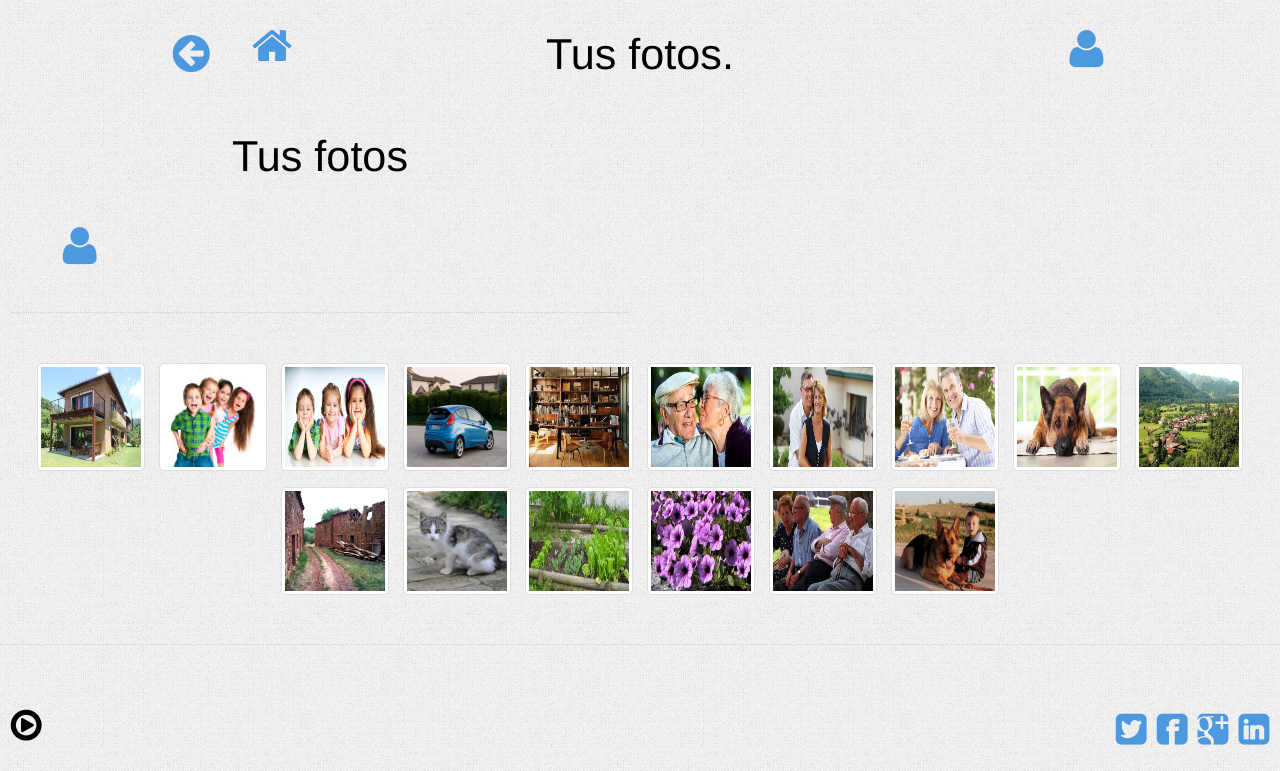
Repository: SCeruso/RememberMe
Page: presentacion_imagenes.html
The author's editor kept a record of every edit. The page is drawn from the files as they stood at one moment, then again after the next edit.
The browser window is 1280 px wide. The pictures show the whole page.
Some web libraries are served in a nearby version.

Above is the page before.

### presentacion_imagenes.html
<!DOCTYPE html>
<html>
<head>
	<!-- META -->
	<title>HTML KickStart Elements</title>
	<meta charset="UTF-8">
	<meta name="viewport" content="width=device-width, initial-scale=1.0"/>
	<meta name="description" content="" />

	<!-- CSS -->
	<link rel="stylesheet" type="text/css" href="css/kickstart.css" media="all" />
	<link rel="stylesheet" type="text/css" href="style.css" media="all" />

	<!-- Javascript -->
	<script type="text/javascript" src="https://ajax.googleapis.com/ajax/libs/jquery/1.9.1/jquery.min.js"></script>
	<script type="text/javascript" src="js/kickstart.js"></script>

</head>
<body>
<div class="grid">
	<div class="col_12">
		<div class="col_1">
        <h2 class="left">
               <a href="tusimagenes.html">
                  <i class="icon-circle-arrow-left"></i>
                </a>
        </h2>
        </div>
        <div class="col_2">
        <h2 class="left">
                <a href="juegosde.html">
                    <i class="icon-home pull-left"></i>
                </a>
        </div>
        </h2>
        <div class="col_6">
        <h2 class="center">
               <p>Tus fotos.</p>
        </h2></div>
        <h2>
        		<a href = "perfil.html">
               <i class="icon-user icon-border pull-right" title="Mi perfil"></i>
		</a>
		</h2>
		<br>
    </div>


	            </a>
        </h2></div>
		<div class="col_6">
            <h2 class="center">
        	        <p>Tus fotos</p>
        	</h2>
        <div class="col_2">
        <h2>
      	<a href = "perfil.html">
        	<i class="icon-user icon-border pull-right"></i>
		</a>
		</h2></div>
		<hr/>
	</div>

	<div class="col_12">
      <div class="gallery center">

		<a href="Galeria/micasa.jpg"><img src="Galeria/micasa.jpg" width="100" height="100" /></a>
		<a href="Galeria/nietos1.jpg"><img src="Galeria/nietos1.jpg" width="100" height="100" /></a>
		<a href="Galeria/nietos2.jpg"><img src="Galeria/nietos2.jpg" width="100" height="100" /></a>
		<a href="Galeria/micoche.jpg"><img src="Galeria/micoche.jpg" width="100" height="100" /></a>
		<a href="Galeria/oficina.jpg"><img src="Galeria/oficina.jpg" width="100" height="100" /></a>
		<a href="Galeria/pareja.jpg"><img src="Galeria/pareja.jpg" width="100" height="100" /></a>
		<a href="Galeria/descarga.jpg"><img src="Galeria/descarga.jpg" width="100" height="100" /></a>
		<a href="Galeria/sonrisa.jpg"><img src="Galeria/sonrisa.jpg" width="100" height="100" /></a>
		<a href="Galeria/perro.jpg"><img src="Galeria/perro.jpg" width="100" height="100" /></a>
		<a href="Galeria/pueblo.jpg"><img src="Galeria/pueblo.jpg" width="100" height="100" /></a>
		<a href="Galeria/pueblo2.jpg"><img src="Galeria/pueblo2.jpg" width="100" height="100" /></a>
		<a href="Galeria/gato.jpg"><img src="Galeria/gato.jpg" width="100" height="100" /></a>
		<a href="Galeria/huerta.jpg"><img src="Galeria/huerta.jpg" width="100" height="100" /></a>
		<a href="Galeria/floreslilas.jpg"><img src="Galeria/floreslilas.jpg" width="100" height="100" /></a>
		<a href="Galeria/ancianos1.jpg"><img src="Galeria/ancianos1.jpg" width="100" height="100" /></a>
		<a href="Galeria/perro2.jpg"><img src="Galeria/perro2.jpg" width="100" height="100" /></a>
		</div>

	</div>

    <hr />
    <div class="col_12">
    </div>
    <div class="col_12">
        <h3 class="right">
            <a href = "http://www.twitter.com" target = "blank"><i class="icon-twitter-sign"></i></a>
            <a href = "http://www.facebook.com" target = "blank"><i class="icon-facebook-sign"></i></a>
            <a href = "http://www.google.com" target = "blank"><i class="icon-google-plus-sign"></i></a>
            <a href = "http://www.linkedin.com" target = "blank"><i class="icon-linkedin-sign"></i></a>

	    <i class=" icon-play-circle pull-left"></i>
        </h3>
    </div>
</div> <!-- End Grid -->
</body>
</html>

### style.css
/*
	99Lime.com HTML KickStart by Joshua Gatcke
	style.css

*/

/*---------------------------------
	IMPORTS
-----------------------------------*/
@import url(http://fonts.googleapis.com/css?family=Arimo:400,700);

/*---------------------------------
	OVERRIDES
-----------------------------------*/
h1,h2,h3,h4,h5,h6{
font-family: "Arimo", arial, verdana, sans-serif;
font-weight:normal;
}

thead th,
tbody th{
font-family: "Arimo", arial, verdana, sans-serif;
}

button,
a.btn,
input[type="submit"],
input[type="reset"],
input[type="button"]{
font-family: "Arimo", arial, verdana, sans-serif;
}

.menu{
font-family: "Arimo", arial, verdana, sans-serif;
}

blockquote{
font-family: "Arimo", arial, verdana, sans-serif;
}

/*---------------------------------
	LAYOUT
-----------------------------------*/
body{
margin:0;
padding:0 0 0 0;
color:#000;
/*background-repeat:repeat;*/
background:#efefef url(css/img/gray_jean.png);
/*background-size:cover;*/
/*background-image:url(css/img/gray_jean.png);*/
font:normal 0.9em/150% 'Arimo', arial, verdana, sans-serif;
text-shadow: 0 0 1px transparent; /* google font pixelation fix */
}

#wrap{
width:100%;
background:#fff;
margin:30px auto 30px auto;
padding:0 2%;
border:1px solid #ccc;
}


#footer{
text-align:center;
padding:20px;
margin:0;
border-top:1px solid #ddd;
color:#999;
font-size:0.8em;
text-shadow:0px 1px 1px #fff;
position: relative;
top:0;
left:0;
background:#fff;
}

	#link-top{
	display:none;
	}

/* NAV BAR*/
.navbar{
position:fixed;
top:0;
left:0;
width: 100%;
background:#000;
color:#fff;
z-index:1000;
}

	.navbar #logo{
	position:absolute;
	top:0;
	right:0;
	padding:0.5em 1em;
	font-size: 1.7em;
	color:#efefef;
	text-decoration:none;
	}

	.navbar span{
	color:#86dc00;
	}


	.navbar ul{
	display:inline-block;
	margin:0;
	padding:0;
	}

		.navbar li{
		margin:0;
		padding:0;
		list-style-type:0;
		display:inline-block;
		}

		.navbar li a{
		display:inline-block;
		color:#efefef;
		padding:1em 1.3em;
		text-decoration:none;
		text-transform: uppercase;
		line-height:100%;
		font-size: 1.2em;
		}

.callout{
background:#4598ef;/*#86dc00;*/
padding:3em 0;
color:#fff;
box-shadow:inset 0 0 10px rgba(0,0,0,0.2);
text-align: center;
text-shadow:0px 1px 3px rgba(0,0,0,0.2);
display:block;
}
	.callout + div.grid{margin-top:50px;}
	 a.callout{cursor:pointer;}
	 .callout i.icon-4x{font-size:6em;}
	 .callout h4{margin-bottom:30px;}
	 .callout-top{margin:50px 0 0 0;}
	 .callout p{margin-bottom:0;}
	 .callout .button{margin-top:10px;}
	 .callout.green{background:#19ad0b;/*#86dc00;*/}

#mc_embed_signup{
padding:30px 0;
}

#ui-preview{
border:5px solid #ddd;
margin:30px 0;
display:block;
}

### css/kickstart-forms.css
/*---------------------------------
	FORMS
-----------------------------------*/
form{
padding:0;
margin:0;
}

fieldset{
margin:30px 0 20px 0;
padding:5px 15px 15px 15px;
border:1px solid #ccc;
background:#f5f5f5;
-moz-border-radius:5px;
-webkit-border-radius:5px;
border-radius:5px;
position: relative;
top:0;
left:0;
}

	legend{
	-moz-border-radius:5px;
	-webkit-border-radius:5px;
	border-radius:5px;
	border:1px solid #ccc;
	background:#f5f5f5;
	padding:2px 10px;
	margin:0 0 0 0;
	display:block;
	position: relative;
	top:0;
	left:0;
	}

	/*IE ONLY - I know, this is a stop gap*/
	.msie fieldset{padding-top:25px;}
	.msie legend{position:absolute;top:-0.7em;left:10px;}

label{
display:inline-block;
*display:inline;
vertical-align: middle;
margin:0;
padding:0;
position:relative;
top:0;
left:0;
zoom:1;
-moz-box-sizing: border-box;
-webkit-box-sizing: border-box;
box-sizing: border-box;
}

	label.inline{
	display:inline;
	margin:0;
	}

	label span{
	color:#999;
	font-size:0.9em;
	}

	label span.right{
	position:absolute;
	bottom:0;
	right:0;
	text-align:right;
	display:inline-block;
	*display:inline;
	}

	label.disabled{
	color:#ccc;
	}

input{
display:inline-block;
*display:inline;
vertical-align: middle;
width:auto;
zoom:1;
margin:0;
border:1px solid #ccc;
font-size:1em;
padding:5px 0;
text-indent: 5px;
-moz-border-radius:5px;
-webkit-border-radius:5px;
border-radius:5px;
background:#fff;
-moz-box-shadow:inset 0 0 6px #ccc;
-webkit-box-shadow:inset 0 1px 6px #ccc;
box-shadow:inset 0 1px 6px #ccc;
-moz-box-sizing: border-box;
-webkit-box-sizing: border-box;
box-sizing: border-box;
}

	input::-webkit-input-placeholder,
	input:-moz-placeholder,
	.placeholder{
	color:#bbb;
	}

	input::-moz-focus-inner {border:0;}

	input[disabled="disabled"], input.disabled{
	color:#999;
	background:#f5f5f5;
	-moz-box-shadow:inset 0 0 2px #ddd;
	-webkit-box-shadow:inset 0 1px 2px #ddd;
	box-shadow:inset 0 1px 2px #ddd;
	}

	/* FOCUS STATES */
	input[type="text"]:focus,
	textarea:focus,
	button:focus,
	a.button:focus,
	select:focus,
	input[type="file"]:focus,
	input[type="password"]:focus{
	-webkit-box-shadow: 0 0 7px #6DB9FF;
	-moz-box-shadow   : 0 0 7px #6DB9FF;
	box-shadow        : 0 0 7px #6DB9FF;
	border: 1px solid #50B1FE;
	outline: none;
	}

	/* TRANSITION */
	input[type="text"],
	textarea,
	button,
	a.button,
	a,
	input[type="file"]{
	-moz-transition: -moz-box-shadow 0.5s, border 0.5s, background 0.5s;
	-webkit-transition: -webkit-box-shadow 0.5s, border 0.5s, background 0.5s;
	-o-transition:  box-shadow 0.5s, border 0.5s, background 0.5s;
	transition: box-shadow 0.5s, border 0.5s, background 0.5s;
	}

input.checkbox,
input[type="checkbox"]{
display:inline;
width:auto;
margin:0;
padding:0;
border:0;
background:none;
vertical-align:center;
*vertical-align: top;
}

input.radio,
input[type="radio"]{
display:inline;
width:auto;
margin:0;
padding:0;
border:0;
background:none;
vertical-align:center;
*vertical-align: top;
}

	input[type="radio"]:focus,
	input[ type="checkbox"]:focus{
	-webkit-box-shadow: 0 0 5px #6DB9FF;
	-moz-box-shadow   : 0 0 5px #6DB9FF;
	box-shadow        : 0 0 5px #6DB9FF;
	outline-color: #6DB9FF;
	}

input.file,
input[type="file"]{
/*font-size:0.8em;*/
-moz-box-shadow:none;
-webkit-box-shadow:none;
box-shadow:none;
border:none;
}

select{
display:inline;
width:auto;
margin:0;
border:1px solid #ccc;
line-height:100%;
padding:3px;
vertical-align: middle;
}

        select[disabled="disabled"], select.disabled{
        color:#999;
        background:#f5f5f5;
        -moz-box-shadow:inset 0 0 2px #ddd;
        -webkit-box-shadow:inset 0 1px 2px #ddd;
        box-shadow:inset 0 1px 2px #ddd;
        }

textarea{
width:auto;
height:200px;
margin:0;
border:1px solid #ccc;
padding:5px;
vertical-align: middle;
font-family:inherit;
font-size:0.9em;
-moz-border-radius:5px;
-webkit-border-radius:5px;
border-radius:5px;
-moz-box-shadow:inset 0 0 6px #ccc;
-webkit-box-shadow:inset 0 1px 6px #ccc;
box-shadow:inset 0 1px 6px #ccc;
-moz-box-sizing: border-box;
-webkit-box-sizing: border-box;
box-sizing: border-box;
}

/*---------------------------------
	COLUMN SIZES
-----------------------------------*/

/* sizes */
input[class*="col_"],
select[class*="col_"],
label[class*="col_"]{
float:none;display:inline-block;*display:inline;margin-bottom:0;
*margin-left: 0.5%;*margin-right: 0.5%;/* this is for IE 7 Only and is not a good fix - work needed here */
}

/*---------------------------------
	FORMS VERTICAL
-----------------------------------*/
form.vertical{

}

	form.vertical label{display:block;}
	form.vertical input,
	form.vertical select,
	form.vertical textarea{width:100%;display:block;margin-bottom:10px;}
	form.vertical .chzn-container{display:block;margin-bottom:10px;}
	form.vertical .chzn-choices{display:block;margin-bottom:10px;}

	/* radios & checks */
	form.vertical input.checkbox,
	form.vertical input[type="checkbox"],
	form.vertical input.radio,
	form.vertical input[type="radio"],
	form.vertical label.inline{display:inline;width:auto;margin:0;}
/*---------------------------------
	FORM VALIDATION
-----------------------------------*/
label.error{color:red;}
input.error{border:1px solid red;}
select.error{border:1px solid red;}

/*---------------------------------
	NOTICES
-----------------------------------*/
.notice{
border:1px solid gold;
background:lightyellow;
padding:10px 20px 10px 40px;
margin:10px 0;
-moz-border-radius:5px;
-webkit-border-radius:5px;
border-radius:5px;
color:#DEAE00;
line-height:120%;
vertical-align: center;
text-shadow:0px 1px rgba(255,255,255,0.5);
position:relative;
top:0;
left:0;
clear:both;
}

	.notice.warning{}/*default*/
	.notice.error{border:1px solid red;background:pink;color:red;}
	.notice.success{border:1px solid green;background:lightgreen;color:green;}
	.notice i[class^='icon-']{position:absolute;top:50%;left:0.8em;margin-top:-0.6em;}
	.notice a[class^='icon-remove'],
	.notice a[class^='icon-remove']:active,
	.notice a[class^='icon-remove']:visited{font-size:12px;position:absolute;top:5px;right:5px;left:auto;color:inherit;margin-top:0;left:auto;}

### css/kickstart-grid.css
/*
	99Lime.com HTML KickStart by Joshua Gatcke
	kickstart-grids.css

	DO NOT EDIT THIS FILE unless you know what you are doing.
*/
/*---------------------------------
	GRID/COLUMNS
-----------------------------------
	tinyfluidgrid.com
	& girlfriendnyc.com
	with changes by 99Lime
-----------------------------------*/
 /*
 & Columns : 12
 & Gutter %: 20%
 & MaxWidth: 1280px
 */

.grid{
max-width:1220px;
margin:0 auto;
padding:0 2em;
}

.grid.flex{
width:100%;
max-width:100%;
padding:0 2%;
padding:2em;
}

.row{
display:block;
overflow:hidden;
clear:both;
}

*[class*="col_"].alpha{margin-left:0;}
*[class*="col_"].omega{margin-right:0;}

.col_1  { width: 6.6666666666667%; }
.col_2  { width: 15%; }
.col_3  { width: 23.333333333333%; }
.col_4  { width: 31.666666666667%; }
.col_5  { width: 40%; }
.col_6  { width: 48.333333333333%; }
.col_7  { width: 56.666666666667%; }
.col_8  { width: 65%; }
.col_9  { width: 73.333333333333%; }
.col_10 { width: 81.666666666667%; }
.col_11 { width: 90%; }
.col_12 { width: 98.333333333333%; }

*[class*="col_"]{
margin-left: 0.83333333333333%;
margin-right: 0.83333333333333%;
margin-top:0.5em;
margin-bottom:0.5em;
float: left;
display: block;
}

.grid img{
max-width: 100%;
height:auto;
}

.clear{clear:both;display:block;overflow:hidden;visibility:hidden;width:0;height:0}
.clearfix:after{clear:both;content:' ';display:block;font-size:0;line-height:0;visibility:hidden;width:0;height:0}
* html .clearfix, *:first-child+html .clearfix{zoom:1}

/* Viewable Grids
	To view your grids, add the class .visible to any grid container.
	This will add a background color so you can see the layout of your grids.
*/
*[class*="col_"].visible{
background:#eee;
border:1px dotted #ccc;
}


/*---------------------------------
	Responsive Grid Media Queries - 1280, 1024, 768, 480
	1280-1024 	- desktop (default grid)
	1024-768 	- tablet landscape
	768-480 	- tablet
	480-less 	- phone landscape & smaller
-----------------------------------*/
@media all and (min-width: 1024px) and (max-width: 1280px) {

	.grid *[class*="col_"]{}
	.grid{max-width: 1024px;}
	.show-desktop	{display:block;}
	.hide-desktop	{display:none;}
	.show-tablet	{display:none;}
	.hide-tablet	{display:block;}
	.show-phone		{display:none;}
	.hide-phone		{display:block;}

}

@media all and (min-width: 768px) and (max-width: 1024px) {

	.grid *[class*="col_"]{}
	.grid{max-width: 768px;}
	.show-desktop	{display:none;}
	.hide-desktop	{display:block;}
	.show-tablet	{display:block;}
	.hide-tablet	{display:none;}
	.show-phone		{display:none;}
	.hide-phone		{display:block;}

}


@media all and (min-width: 480px) and (max-width: 768px) {

	.grid *[class*="col_"]{
	float:none;
	width:auto;
	clear:both;
	display:block;
	}

	/* columns inside of columns */
	.grid *[class*="col_"] [class*="col_"]{
	margin-left:0;
	margin-right:0;
	width:100%;
	}

	.grid{max-width: 480px;}
	.show-desktop	{display:none;}
	.hide-desktop	{display:block;}
	.show-tablet	{display:block;}
	.hide-tablet	{display:none;}
	.show-phone		{display:none;}
	.hide-phone		{display:block;}

}

@media all and (max-width: 480px) {

	.grid *[class*="col_"]{
	float:none;
	width:auto;
	clear:both;
	display:block;
	}

	/* columns inside of columns */
	.grid *[class*="col_"] [class*="col_"]{
	margin-left:0;
	margin-right:0;
	width:100%;
	}

	.grid{max-width: 100%;/*320*/}
	.show-desktop	{display:none;}
	.hide-desktop	{display:block;}
	.show-tablet	{display:none;}
	.hide-tablet	{display:block;}
	.show-phone		{display:block;}
	.hide-phone		{display:none;}

}

### css/kickstart-slideshow.css
/*---------------------------------
	SLIDESHOW2 - Slight Fixes for the slideshow layout *needs work
-----------------------------------*/

	.slideshow{
	clear:both;
	margin:0;
	padding:0;
	width:auto;
	height:auto;
	overflow:hidden;
	}

		.slideshow li{
		list-style-type:none;
		margin:0;
		padding:0;
		float:left;
		display:block;
		}

/**
 * BxSlider v4.0 - Fully loaded, responsive content slider
 * http://bxslider.com
 *
 * Written by: Steven Wanderski, 2012
 * http://stevenwanderski.com
 * (while drinking Belgian ales and listening to jazz)
 *
 * CEO and founder of bxCreative, LTD
 * http://bxcreative.com
 */


/** RESET AND LAYOUT
===================================*/
.bx-wrapper, .bx-wrapper *{
	-webkit-box-sizing: content-box; /* Safari/Chrome, other WebKit */
  	-moz-box-sizing: content-box;    /* Firefox, other Gecko */
  	box-sizing: content-box;         /* Opera/IE 8+ */
}

.bx-wrapper {
	position: relative;
	margin: 0 0 60px;
	padding: 0;
	*zoom: 1;
}

.bx-wrapper img {
	width: 100%;
	display: block;
}

/** THEME
===================================*/

.bx-wrapper .bx-viewport {
	-moz-box-shadow: 0 0 5px #ccc;
	-webkit-box-shadow: 0 0 5px #ccc;
	box-shadow: 0 0 5px #ccc;
	border: solid #fff 5px;
	left: 0;
	background: #fff;
}

.bx-wrapper .bx-pager,
.bx-wrapper .bx-controls-auto {
	position: absolute;
	bottom: -30px;
	width: 100%;
}

/* LOADER */

.bx-wrapper .bx-loading {
	min-height: 50px;
	background: url(img/bx_loader.gif) center center no-repeat #fff;
	height: 100%;
	width: 100%;
	position: absolute;
	top: 0;
	left: 0;
	z-index: 2000;
}

/* PAGER */

.bx-wrapper .bx-pager {
	text-align: center;
	font-size: .85em;
	font-family: Arial;
	font-weight: bold;
	color: #666;
	padding-top: 20px;
}

.bx-wrapper .bx-pager .bx-pager-item,
.bx-wrapper .bx-controls-auto .bx-controls-auto-item {
	display: inline-block;
	*zoom: 1;
	*display: inline;
}

.bx-wrapper .bx-pager.bx-default-pager a {
	background: #666;
	text-indent: -9999px;
	display: block;
	width: 10px;
	height: 10px;
	margin: 0 5px;
	outline: 0;
	-moz-border-radius: 5px;
	-webkit-border-radius: 5px;
	border-radius: 5px;
}

.bx-wrapper .bx-pager.bx-default-pager a:hover,
.bx-wrapper .bx-pager.bx-default-pager a.active {
	background: #000;
}

/* DIRECTION CONTROLS (NEXT / PREV) */

.bx-wrapper .bx-prev {
	left: 10px;
	background: url(img/controls.png) no-repeat 0 -32px;
}

.bx-wrapper .bx-next {
	right: 10px;
	background: url(img/controls.png) no-repeat -43px -32px;
}

.bx-wrapper .bx-prev:hover {
	background-position: 0 0;
}

.bx-wrapper .bx-next:hover {
	background-position: -43px 0;
}

.bx-wrapper .bx-controls-direction a {
	position: absolute;
	top: 50%;
	margin-top: -16px;
	outline: 0;
	width: 32px;
	height: 32px;
	text-indent: -9999px;
	z-index: 9999;
}

.bx-wrapper .bx-controls-direction a.disabled {
	display: none;
}

/* AUTO CONTROLS (START / STOP) */

.bx-wrapper .bx-controls-auto {
	text-align: center;
}

.bx-wrapper .bx-controls-auto .bx-start {
	display: block;
	text-indent: -9999px;
	width: 10px;
	height: 11px;
	outline: 0;
	background: url(img/controls.png) -86px -11px no-repeat;
	margin: 0 3px;
}

.bx-wrapper .bx-controls-auto .bx-start:hover,
.bx-wrapper .bx-controls-auto .bx-start.active {
	background-position: -86px 0;
}

.bx-wrapper .bx-controls-auto .bx-stop {
	display: block;
	text-indent: -9999px;
	width: 9px;
	height: 11px;
	outline: 0;
	background: url(img/controls.png) -86px -44px no-repeat;
	margin: 0 3px;
}

.bx-wrapper .bx-controls-auto .bx-stop:hover,
.bx-wrapper .bx-controls-auto .bx-stop.active {
	background-position: -86px -33px;
}

/* PAGER WITH AUTO-CONTROLS HYBRID LAYOUT */

.bx-wrapper .bx-controls.bx-has-controls-auto.bx-has-pager .bx-pager {
	text-align: left;
	width: 80%;
}

.bx-wrapper .bx-controls.bx-has-controls-auto.bx-has-pager .bx-controls-auto {
	right: 0;
	width: 35px;
}

/* IMAGE CAPTIONS */

.bx-wrapper .bx-caption {
	position: absolute;
	bottom: 0;
	left: 0;
	background: #666\9;
	background: rgba(80, 80, 80, 0.75);
	width: 100%;
}

.bx-wrapper .bx-caption span {
	color: #fff;
	font-family: Arial;
	display: block;
	font-size: .85em;
	padding: 10px;
}

### css/tiptip.css
/*
	TipTip CSS - Version 1.2
	http://code.drewwilson.com/entry/tiptip-jquery-plugin
*/

#tiptip_holder { display: none; position: absolute; top: 0; left: 0; z-index: 99999; }
#tiptip_holder.tip_top { padding-bottom: 5px; }
#tiptip_holder.tip_bottom { padding-top: 5px; }
#tiptip_holder.tip_right { padding-left: 5px; }
#tiptip_holder.tip_left { padding-right: 5px; }

#tiptip_content {
font-size: 11px;
color: #fff;
text-shadow: 0 0 2px #000;
padding: 4px 8px;
border: 1px solid rgba(255,255,255,0.25);
background:#212121;
background-color: rgba(25,25,25,0.92);
background-image: -webkit-gradient(linear, 0% 0%, 0% 100%, from(transparent), to(#000));
-webkit-border-radius: 3px;
-moz-border-radius: 3px;
border-radius: 3px;
-webkit-box-shadow: 0 0 3px #555;
-moz-box-shadow: 0 0 3px #555;
box-shadow: 0 0 3px #555;
*background:#212121;
}

#tiptip_arrow, #tiptip_arrow_inner {
position: absolute;
border-color: transparent;
border-style: solid;
border-width: 6px;
height: 0;
width: 0;
}

#tiptip_holder.tip_top #tiptip_arrow {
border-top-color: #fff;
border-top-color: rgba(255,255,255,0.35);
}

#tiptip_holder.tip_bottom #tiptip_arrow {
border-bottom-color: #fff;
border-bottom-color: rgba(255,255,255,0.35);
}

#tiptip_holder.tip_right #tiptip_arrow {
border-right-color: #fff;
border-right-color: rgba(255,255,255,0.35);
}

#tiptip_holder.tip_left #tiptip_arrow {
border-left-color: #fff;
border-left-color: rgba(255,255,255,0.35);
}

#tiptip_holder.tip_top #tiptip_arrow_inner {
margin-top: -7px;
margin-left: -6px;
border-top-color: rgb(25,25,25);
border-top-color: rgba(25,25,25,0.92);
}

#tiptip_holder.tip_bottom #tiptip_arrow_inner {
margin-top: -5px;
margin-left: -6px;
border-bottom-color: rgb(25,25,25);
border-bottom-color: rgba(25,25,25,0.92);
}

#tiptip_holder.tip_right #tiptip_arrow_inner {
margin-top: -6px;
margin-left: -5px;
border-right-color: rgb(25,25,25);
border-right-color: rgba(25,25,25,0.92);
}

#tiptip_holder.tip_left #tiptip_arrow_inner {
margin-top: -6px;
margin-left: -7px;
border-left-color: rgb(25,25,25);
border-left-color: rgba(25,25,25,0.92);
}

/* Webkit Hacks  */
@media screen and (-webkit-min-device-pixel-ratio:0) {
	#tiptip_content {
		padding: 4px 8px 5px 8px;
		background-color: rgba(45,45,45,0.88);
	}
	#tiptip_holder.tip_bottom #tiptip_arrow_inner {
		border-bottom-color: rgba(45,45,45,0.88);
	}
	#tiptip_holder.tip_top #tiptip_arrow_inner {
		border-top-color: rgba(20,20,20,0.92);
	}
}

Loaded but not shown: css/jquery.fancybox-1.3.4.css (library); css/prettify.css (common file); css/fonts/fontawesome/css/font-awesome.min.css (library); js/kickstart.js (424 lines, source omitted); css/kickstart-buttons.css (369 lines, source omitted); css/kickstart.css (508 lines, source omitted); css/kickstart-menus.css (180 lines, source omitted)

After the next edit:
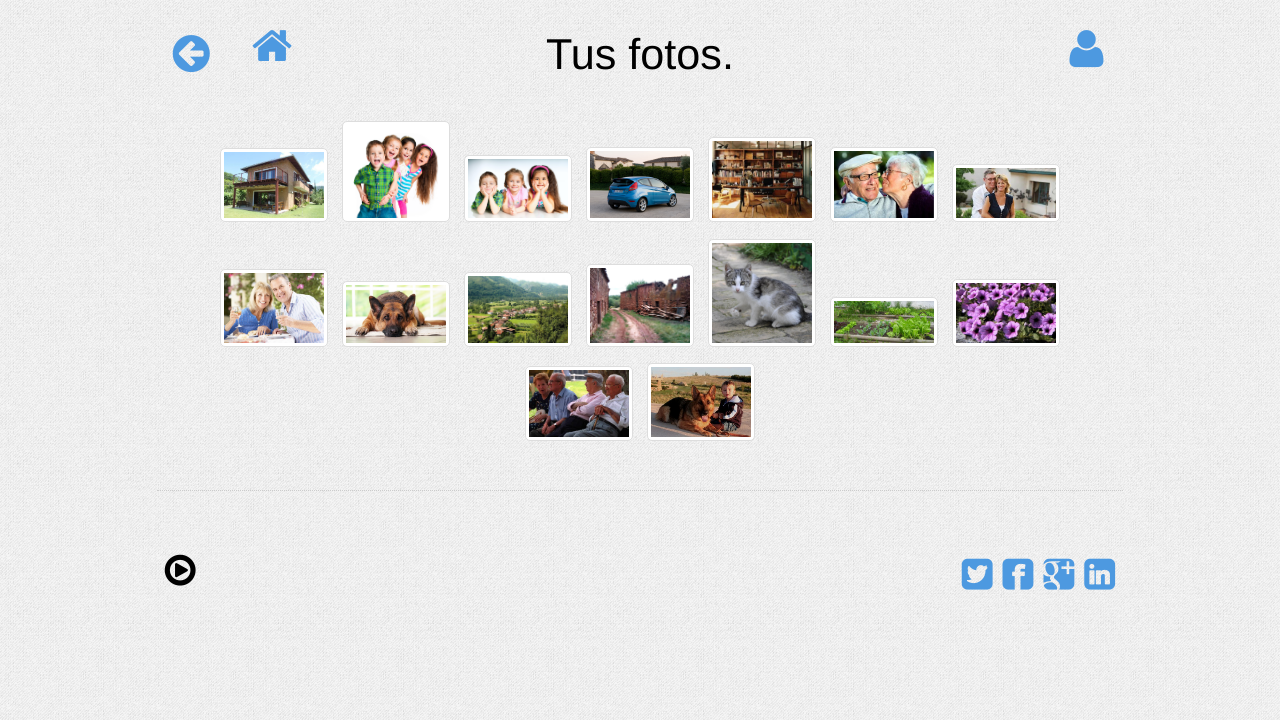
The edit:
--- a/presentacion_imagenes.html
+++ b/presentacion_imagenes.html
@@ -46,21 +46,6 @@
     </div>
 
 
-	            </a>
-        </h2></div>
-		<div class="col_6">
-            <h2 class="center">
-        	        <p>Tus fotos</p>
-        	</h2>
-        <div class="col_2">
-        <h2>
-      	<a href = "perfil.html">
-        	<i class="icon-user icon-border pull-right"></i>
-		</a>
-		</h2></div>
-		<hr/>
-	</div>
-
 	<div class="col_12">
       <div class="gallery center">
 
